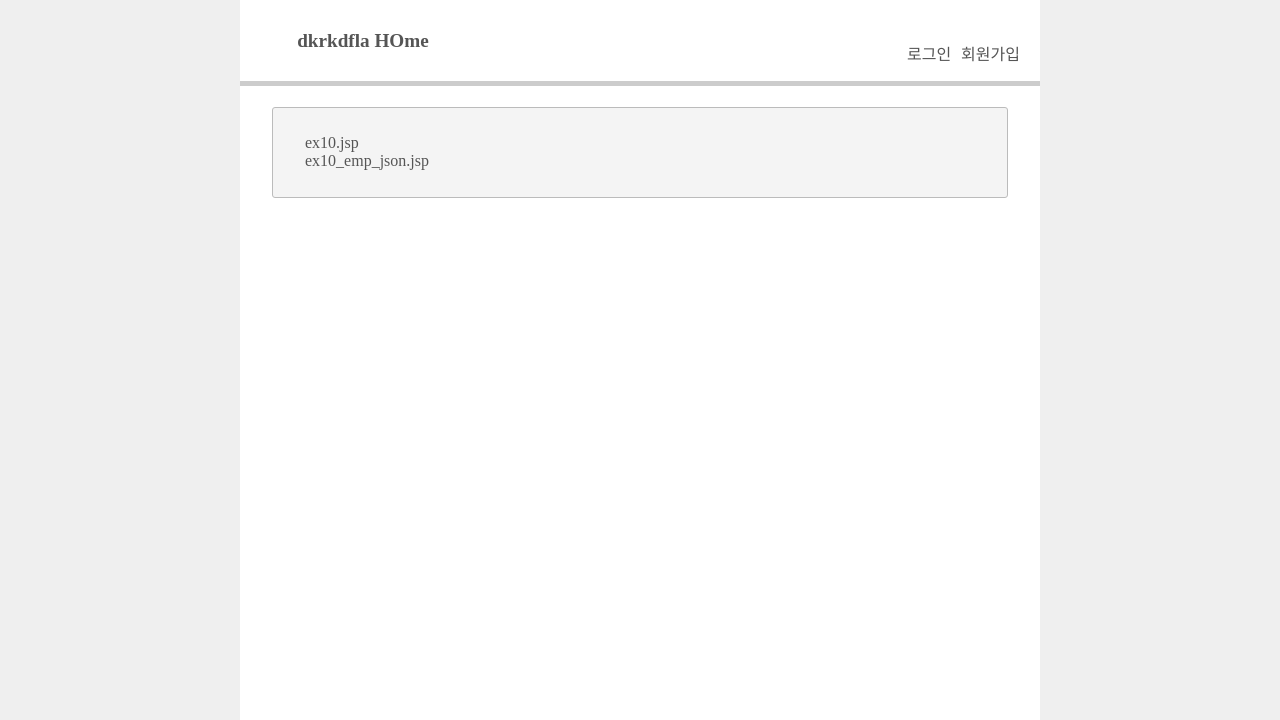
Repository: Dusajang/JSPClass
Page: http://localhost/jspPro/days09/ex10.jsp
The author's editor kept a copy of each file at every save. The page is drawn from the files as they stood at one save, then again after the next save.
The browser window is 1280 px wide. The pictures show the whole page.
Some web fonts or font styles are not loaded; a fallback is used. The page is served by Tomcat 9. Other server files are loaded and not shown.

Above is the page before, as saved 2024-10-25 07:29:17.

### jspPro/src/main/webapp/days09/ex10.jsp
<%@ page contentType="text/html; charset=UTF-8" pageEncoding="UTF-8"%>
<%@ page trimDirectiveWhitespaces="true" %>
<%@ taglib prefix="c" uri="http://java.sun.com/jsp/jstl/core" %>
<!DOCTYPE html>
<html>
<head>
<meta charset="UTF-8">
<title>Insert title here</title>
<link rel="shortcut icon" type="image/x-icon" href="http://localhost/jspPro/images/SiSt.ico">
<script src="https://ajax.googleapis.com/ajax/libs/jquery/3.7.1/jquery.min.js"></script>
<meta name="viewport" content="width=device-width, initial-scale=1.0">
<meta name="google" content="notranslate">
<link rel="stylesheet" href="http://localhost/jspPro/resources/cdn-main/example.css">
<script src="http://localhost/jspPro/resources/cdn-main/example.js"></script>
<style>
 span.material-symbols-outlined{
    vertical-align: text-bottom;
 }
</style>
</head>
<body>
<header>
  <h1 class="main"><a href="#" style="position: absolute;top:30px;">dkrkdfla HOme</a></h1>
  <ul>
    <li><a href="#">로그인</a></li>
    <li><a href="#">회원가입</a></li>
  </ul>
</header>
<div>
  <xmp class="code">
    ex10.jsp
    ex10_emp_json.jsp
  </xmp>
</div>
</body>
</html>

### jspPro/src/main/webapp/resources/cdn-main/example.css
@charset "UTF-8";

@import url('https://fonts.googleapis.com/css2?family=Material+Symbols+Outlined:opsz,wght,FILL,GRAD@20..48,100..700,0..1,-50..200');

@font-face {
    font-family: 'GmarketSansMedium';
    src: url('https://cdn.jsdelivr.net/gh/projectnoonnu/noonfonts_2001@1.1/GmarketSansMedium.woff') format('woff');
    font-weight: normal;
    font-style: normal;
}

:root {
	--text-color: #555;
	--sub-text-color: #777;
	--back-color: #EFEFEF;
	--header-color: #444;
	--primary-color: #DEDEDE;
	--secondary-color: #EFEFEF;
	--default-width: 800px;
	--narrow-width: 500px;
	--wide-width: 1200px;
	--text-font: 'GmarketSansMedium';
	--icon-font: 'Material Symbols Outlined';
	--border-color: #CCC;
}

html, body {
	margin: 0;
	padding: 0;
}

html {
	background-color: var(--back-color);
	display: flex;
	justify-content: center;
	min-height: 100vh;
}

body, body.default {
	width: var(--default-width);
	background-color: white;
	padding-bottom: 120px;
}

body.wide {
	width: var(--wide-width);
}

body.narrow {
	width: var(--narrow-width);
}



body, p, div, span, a, input, select, option, textarea, button, table, th, td, label, fieldset, legend {
	font-family: var(--text-font);
	color: var(--text-color);
}

h1, h2, h3 {
	font-family: var(--text-font);
	color: var(--header-color);
	padding: 0 1rem;
	padding-top: .5rem;
}

div > h1, div > h2, div > h3 {
	padding: 0;
}

body > div, body > main > div {
	padding: 0.3rem 1rem;
}


h1 { font-size: 2rem; border-bottom: 1px solid var(--border-color); }
h1 small { font-size: 1.2rem; color: var(--sub-text-color); }
h2 { font-size: 1.5rem; border-bottom: 1px dashed var(--border-color); }
h2 small { font-size: 1.1rem; color: --sub-text-color; }
h3 { font-size: 1.2rem; }
h3 small { font-size: 1rem; color: --sub-text-color; }



h1.main::before {
	font-family: var(--icon-font);
  	content: '\e666';
  	margin-right: 10px;
  	float: left;
	font-size: 2.5rem;
}

h1.sub::before {
	font-family: var(--icon-font);
  	content: '\ea19';
  	margin-right: 10px;
  	float: left;
	font-size: 2.5rem;
}


h1.page::before {
	font-family: var(--icon-font);
  	content: '\e0e0';
  	margin-right: 10px;
  	float: left;
	font-size: 2.5rem;
}

body > header > ul > li > .active{
	background-color: #FFF;
	color:#F00;
}

body > header {
	display: flex;
	justify-content: space-between;
	border-bottom: 5px solid var(--border-color);
	min-height: 74px;
	background-color: #FFF;
}

body > header.sticky {
	position: sticky;
	top: 0;
	z-index: 98;
}

body > header > h1 {
	font-size: 1.2rem;
	border: 0;
}

body > header.in > h1::before {
	font-family: var(--icon-font);
  	content: '\e332‥';
  	margin-right: 3px;
  	float: left;
	font-size: 2rem;
}


body > header > ul {
	list-style-type: none;
	display: flex;
	align-items: flex-end;
	margin-right: 10px;
}

body > header > ul > li {
	margin-right: 10px;
	cursor: pointer;
}

body > header > ul > li > a {
	cursor: pointer;
}


form {
	display: block;
}

form > div {
	padding: 0.3rem 1rem;
}

div > form > div {
	padding: 0.3rem 0;
}

input, textarea, button, select {
	border: 1px solid #BBB;
	border-radius: 3px;
	outline: none;
	resize: none;
	padding: 7px;
	margin: 0;
}

input[type=text]:read-only, textarea:read-only {
	cursor: not-allowed;
	background-color: #FFF;
}

input[type=text]:disabled, textarea:disabled {
	cursor: not-allowed;
	background-color: #EEE;
}

input[type=text], input[type=password], textarea, button, select {
	/* width: 300px; */
}

textarea {
	display: block;
	height: 100px;
}

input[type=button], input[type=submit], button {
	/* width: inherit; */
}

input.short, textarea.short, button.short, select.short {
	width: 100px;
}

input.long, textarea.long, button.long, select.long {
	width: 350px;
}

.narrow input.long, .narrow textarea.long, .narrow button.long, .narrow select.long {
	width: calc(100% - 20px);
}

input.full, textarea.full, button.full, select.full {
	width: calc(100% - 20px);
}

textarea.short {
	height: 50px;
}

textarea.long {
	height: 100px;
}

textarea.full {
	height: 200px;
}

input, textarea {
	padding-top: 8px;
}

input[type=button], input[type=submit], button {
	padding: 5px 10px;
	background-color: var(--secondary-color);
	cursor: pointer;
	min-height: 36px;
}

input[type=button].primary, input[type=submit].primary, button.primary {
	/* background-color: rgba(100, 149, 237, .2); */
	background-color: var(--primary-color);
}

input[type=button].primary:hover, input[type=submit].primary:hover, button.primary:hover {
	/* background-color: rgba(100, 149, 237, .3); */
	background-color: var(--secondary-color);
}

input[type=button]:hover, input[type=submit]:hover, button:hover {
	background-color: var(--primary-color);
}

button {
	position: relative;
	left: 0;
	top: 0;
	padding-left: 35px;
}

button .material-symbols-outlined {
	position: absolute;
	left: 10px;
	top: 4px;
}

/* k2nik add */
button.login::before {
	font-family: var(--icon-font);
  	content: '\ea77';
	position: absolute;
	left: 11px;
	top: 4px;
	font-size: 1.25rem;
}

/* k2nik logout */
button.logout::before {
	font-family: var(--icon-font);
  	content: '\e9ba';
	position: absolute;
	left: 11px;
	top: 4px;
	font-size: 1.25rem;
}

/* k2nik help */
button.help::before {
	font-family: var(--icon-font);
  	content: '\f1c0';
	position: absolute;
	left: 11px;
	top: 4px;
	font-size: 1.25rem;
}

button.add::before{
	font-family: var(--icon-font);
  	content: '\e746';
	position: absolute;
	left: 11px;
	top: 4px;
	font-size: 1.25rem;
}

button.back::before {
	font-family: var(--icon-font);
  	content: '\e166';
	position: absolute;
	left: 11px;
	top: 4px;
	font-size: 1.25rem;
}

button.list::before {
	font-family: var(--icon-font);
  	content: '\e0ee';
	position: absolute;
	left: 11px;
	top: 4px;
	font-size: 1.25rem;
}


button.del::before {
	font-family: var(--icon-font);
  	content: '\e872';
	position: absolute;
	left: 11px;
	top: 4px;
	font-size: 1.25rem;
}


button.edit::before {
	font-family: var(--icon-font);
  	content: '\e745';
	position: absolute;
	left: 11px;
	top: 4px;
	font-size: 1.25rem;
}


button.login::before {
	font-family: var(--icon-font);
  	content: '\ea77';
	position: absolute;
	left: 11px;
	top: 4px;
	font-size: 1.25rem;
}


button.logout::before {
	font-family: var(--icon-font);
  	content: '\e9ba';
	position: absolute;
	left: 11px;
	top: 4px;
	font-size: 1.25rem;
}


button.in::before {
	font-family: var(--icon-font);
  	content: '\f71a';
	position: absolute;
	left: 11px;
	top: 4px;
	font-size: 1.25rem;
}


button.out::before {
	font-family: var(--icon-font);
  	content: '\f70e';
	position: absolute;
	left: 11px;
	top: 4px;
	font-size: 1.25rem;
}


button.reply::before {
	font-family: var(--icon-font);
  	content: '\e15e';
	position: absolute;
	left: 11px;
	top: 4px;
	font-size: 1.25rem;
}


button.comment::before {
	font-family: var(--icon-font);
  	content: '\e0b9';
	position: absolute;
	left: 11px;
	top: 4px;
	font-size: 1.25rem;
}


button.modal::before {
	font-family: var(--icon-font);
  	content: '\e89e';
	position: absolute;
	left: 11px;
	top: 4px;
	font-size: 1.25rem;
}


button.ok::before {
	font-family: var(--icon-font);
  	content: '\e86c';
	position: absolute;
	left: 11px;
	top: 4px;
	font-size: 1.25rem;
}


button.cancel::before {
	font-family: var(--icon-font);
  	content: '\e5c9';
	position: absolute;
	left: 11px;
	top: 4px;
	font-size: 1.25rem;
}

button.search::before {
	font-family: var(--icon-font);
  	content: '\e8b6';
	position: absolute;
	left: 11px;
	top: 4px;
	font-size: 1.25rem;
}

button.home::before {
	font-family: var(--icon-font);
  	content: '\e88a';
	position: absolute;
	left: 11px;
	top: 4px;
	font-size: 1.25rem;
}


button.sidebar::before {
	font-family: var(--icon-font);
  	content: '\f7e4';
	position: absolute;
	left: 11px;
	top: 4px;
	font-size: 1.25rem;
}


button.sidebar-right::before {
	font-family: var(--icon-font);
  	content: '\f7e5';
	position: absolute;
	left: 11px;
	top: 4px;
	font-size: 1.25rem;
}




button::before {
	font-family: var(--icon-font);
  	content: '\e323';
	position: absolute;
	left: 11px;
	top: 4px;
	font-size: 1.25rem;
}


table {
	border-collapse: collapse;
	margin: 1rem;
	box-sizing: border-box;
	width: calc(100% - 32px);
}

table.content {
	width: auto;
}

div > table {
	margin: 0;
}

table th, table td {
	border: 1px solid var(--border-color);
	padding: 7px;
	font-weight: normal;
}

table th {
	background-color: var(--back-color);
}

table.vertical th {
	width: 150px;
}

table.vertical td {
	width: calc(100% - 182px);
	padding-left: 10px;
}

table.content td, table.content th {
	width: auto;
}

body.narrow table.vertical th {
	width: 100px;
}

body.narrow table.vertical td {
	width: calc(100% - 182px);
}


table + table {
	margin-top: 30px;
}


p {
	padding: 0 1rem;
}

a {
	text-decoration: none;
}

a:hover {
	color: rgba(255, 99, 71, .7);
}

hr {
	border: 0;
	border-top: 1px solid var(--border-color);
	margin: 2rem 0;
}

.message {
	border: 1px solid var(--border-color);
	background-color: #EFEFEF;
	margin: 1rem;
	width: auto;
	padding-top: 10px;
	padding-bottom: 10px;
	font-size: 14px;
}

.message[title]::before {
	content: attr(title);
	display: block;
	border-bottom: 1px solid var(--border-color);
	padding-bottom: 5px;
	margin-bottom: 10px;
	margin-top: 7px;
}

.message.short {
	max-width: 250px;
}

.message.long {
	max-width: 500px;
}

.badge {
	float: right;
	font-size: .8rem;
	margin-top: 2px;
	margin-right: 2px;
	text-shadow: 0 0 7px gray;
}

.badge.left {
	float: none;
	margin-left: 2px;
}

.badge.right {
	float: right;
}

.badge.red {
	border-radius: 50%;
	padding: 2px 5px;
	background-color: rgb(255, 99, 71, .3);
}

.badge.yellow {

	border-radius: 50%;
	padding: 2px 5px;
	background-color: rgb(255, 215, 0, .5);
}

.badge.blue {
	border-radius: 50%;
	padding: 2px 5px;
	background-color: rgb(100, 149, 237, .3);
}

label + label {
	margin-left: 7px;
}

label input[type=checkbox], label input[type=radio] {
	transform: translate(0, 1px);
}

.group {
	display: flex;
}

.modal-content .group {
	margin-bottom: .5rem;
}

.group label {
	border: 1px solid #BBB;
	border-radius: 3px;
	outline: none;
	resize: none;
	padding: 7px 14px;
	margin: 0;
	border-top-right-radius: 0;
	border-bottom-right-radius: 0;
	background-color: #EFEFEF;
	white-space: nowrap;
	font-size: 14px;
}

.group input[type=text] {
	margin-left: -1px;
	border-top-left-radius: 0;
	border-bottom-left-radius: 0;
}

.group select {
	margin-left: -1px;
	border-top-left-radius: 0;
	border-bottom-left-radius: 0;
}

.group input.full[type=text] {
	margin-left: -1px;
	border-top-left-radius: 0;
	border-bottom-left-radius: 0;
	width: 100%;
}

.group input[type=button]:first-child, .group button:first-child {
	border-top-left-radius: 3px;
	border-bottom-left-radius: 3px;
	margin-left: 0px;
}

.group input[type=button], .group button {
	border-radius: 0;
	margin-left: -1px;
}

.group input[type=button]:last-child, .group button:last-child {
	margin-left: -1px;
	border-top-right-radius: 3px;
	border-bottom-right-radius: 3px;
}

.seperate {
	display: flex;
	justify-content: space-between;
}

div.list {
	width: max-content;
	margin: 1rem;
	border: 1px solid #BBB;
	border-radius: 3px;
	padding: 0;
}

div.list.full {
	width: auto;
	display: block;
	margin: 1rem;
	border: 1px solid #BBB;
	border-radius: 3px;
	padding: 0;
}

div.list > div {
	padding: .5rem 1rem;
	margin: 0;
	border-bottom: 1px solid #BBB;
}

div.list > div:last-child {
	border-bottom: 0;
}

pre.code , xmp.code{
	font-family: consols;
	background-color: rgba(150, 150, 150, .1);
	border: 1px solid #BBB;
	border-radius: 3px;
	padding: .5rem 1rem;
	padding-bottom: .6rem;
	margin: 1rem;
}




*[data-modal-window] {
	position: fixed;
	background-color: rgba(0, 0, 0, .3);
	left: 0;
	top: 0;
	display: none;
	justify-content: center;
	align-items: flex-start;
	width: 100%;
	min-height: 100vh;
	z-index: 100;
	opacity: 0;
	transition: 500ms all;
}

*[data-modal-window] .modal-container {
	border-radius: 5px;
	padding: 1rem;
	padding-bottom: .5rem;
	margin-top: -500px;
	opacity: 0;
	width: 500px;
	background-color: #FFF;
	margin-right: 2rem;
	transition: 500ms all;
}

*[data-modal-size=content] .modal-container {
	width: auto;
}

*[data-modal-size=narrow] .modal-container {
	width: 300px;
}

*[data-modal-size=wide] .modal-container {
	width: 760px;
}


*[data-modal-window] .modal-header {
	border-bottom: 1px solid var(--border-color);
	padding: 2px 5px;
}

*[data-modal-window] .modal-content {
	padding: 1rem 5px;
}

*[data-modal-window] .modal-content div:last-child {
	margin-top: 1rem;
	text-align: right;
}



*[data-sidebar-window] {
	position: fixed;
	background-color: #FFF;
	left: 0;
	top: 0;
	display: block;
	width: 300px;
	border-right: 1px solid var(--border-color);
	box-sizing: border-box;
	box-shadow: 0 0 3px var(--back-color);
	min-height: 100vh;
	z-index: 99;
	transform: translate(-300px, 0);
	transition-duration: 500ms;
	transition-property: transform;
}

*[data-sidebar-direction=right] {
	left: auto;
	right: 0;
	transform: translate(300px, 0);
	border-left: 1px solid var(--border-color);
}

*[data-sidebar-size=wide] {
	width: 500px;
	transform: translate(-500px, 0);
}

*[data-sidebar-window] .sidebar-title {
	border-bottom: 1px solid var(--border-color);
	margin-top: 20px;
	margin-bottom: 20px;
	padding-bottom: 5px;
	display: flex;
	justify-content: space-between;
}

*[data-sidebar-window] .sidebar-title span:last-child {
	cursor: pointer;
}


/* K2Nik pagination */
.center {
  text-align: center;
}

.pagination {
  display: inline-block;
}

.pagination a {
  color: black;
  float: left;
  padding: 3px 6px;
  text-decoration: none;
  transition: background-color .3s;
  border: 1px solid #ddd;
  margin: 0 3px;
}

.pagination a.active {
  background-color: #4CAF50;
  color: white;
  border: 1px solid #4CAF50;
}

.pagination a:hover:not(.active) {background-color: #ddd;}

### jspPro/src/main/webapp/resources/cdn-main/example.js

window.onload = () => {

    const list = document.querySelectorAll('input, textarea');

    list.forEach(item => {
        item.setAttribute('autocomplete', 'off');
    });


    const modal_btn_list = document.querySelectorAll('*[data-modal-button]');

    modal_btn_list.forEach(item => {
        item.onclick = function() {

            const name = this.dataset['modalButton'];
            const modal_window = document.querySelector('*[data-modal-window=' + name);

            const container = document.createElement('div');
            container.className = 'modal-container';



            const modal_header = document.createElement('div');
            modal_header.textContent = modal_window.dataset['modalTitle'];
            modal_header.className = 'modal-header';
            container.appendChild(modal_header);

            const modal_content = document.createElement('div');
            modal_content.className = 'modal-content';
            container.appendChild(modal_content);

            Array.from(modal_window.childNodes).forEach(item => {
                modal_content.appendChild(item);
            });

            modal_window.appendChild(container);

            modal_window.style.display = 'flex';

            setTimeout(() => {
                modal_window.style.opacity = 1;
                container.style.marginTop = '20px';
                container.style.opacity = 1;
            }, 50);


            const modal_ok = document.querySelector('*[data-modal-ok=' + name);
            modal_ok.addEventListener('click', function() {
                modal_window.style.opacity = 0;
                container.style.marginTop = '-500px';
                container.style.opacity = 0;

                setTimeout(() => {
                    modal_window.innerHTML = modal_content.innerHTML;
                    modal_window.style.display = 'none';
                }, 500);

            });

            const modal_cancel = document.querySelector('*[data-modal-cancel=' + name);
            modal_cancel.addEventListener('click', function() {

                modal_window.style.opacity = 0;
                container.style.marginTop = '-500px';
                container.style.opacity = 0;

                setTimeout(() => {
                    modal_window.innerHTML = modal_content.innerHTML;
                    modal_window.style.display = 'none';
                }, 500);
            });


        };
    });


    const sidebar_btn_list = document.querySelectorAll('*[data-sidebar-button]');

    sidebar_btn_list.forEach(item => {
        item.onclick = function() {



            const name = this.dataset['sidebarButton'];
            const sidebar_window = document.querySelector('*[data-sidebar-window=' + name);

            if (sidebar_window.style.transform == 'translate(0px, 0px)') return;



            sidebar_window.style.transform = 'translate(0, 0)';

            const sidebar_title = document.createElement('div');
            sidebar_title.className = 'sidebar-title';
            sidebar_title.innerHTML = '<span>' + sidebar_window.dataset['sidebarTitle'] + '</span><span class="material-symbols-outlined">close</span>';

            sidebar_title.children[1].onclick = function() {

                let sign = 1;
                let distance = 300;

                if (sidebar_window.dataset['sidebarDirection'] != 'right') {
                    sign = -1;
                } else {
                    sign = 1;
                }

                if (sidebar_window.dataset['sidebarSize'] != 'wide') {
                    distance = 300;
                } else {
                    distance = 500;
                }

                distance *= sign;

                sidebar_window.style.transform = 'translate(' + distance + 'px, 0)';

                setTimeout(function() {
                    sidebar_window.removeChild(sidebar_window.children[0]);
                }, 500);
            };


            sidebar_window.prepend(sidebar_title);

        }
    });

};

// window.onkeydown = function(event) {

//     if (event.keyCode == 27) {
//         if (document.querySelector('[data-modal-window').style.display == 'flex') {
//             document.querySelector('[data-modal-window').style.display = 'none';
//         }
//     }

// };

After the next save:
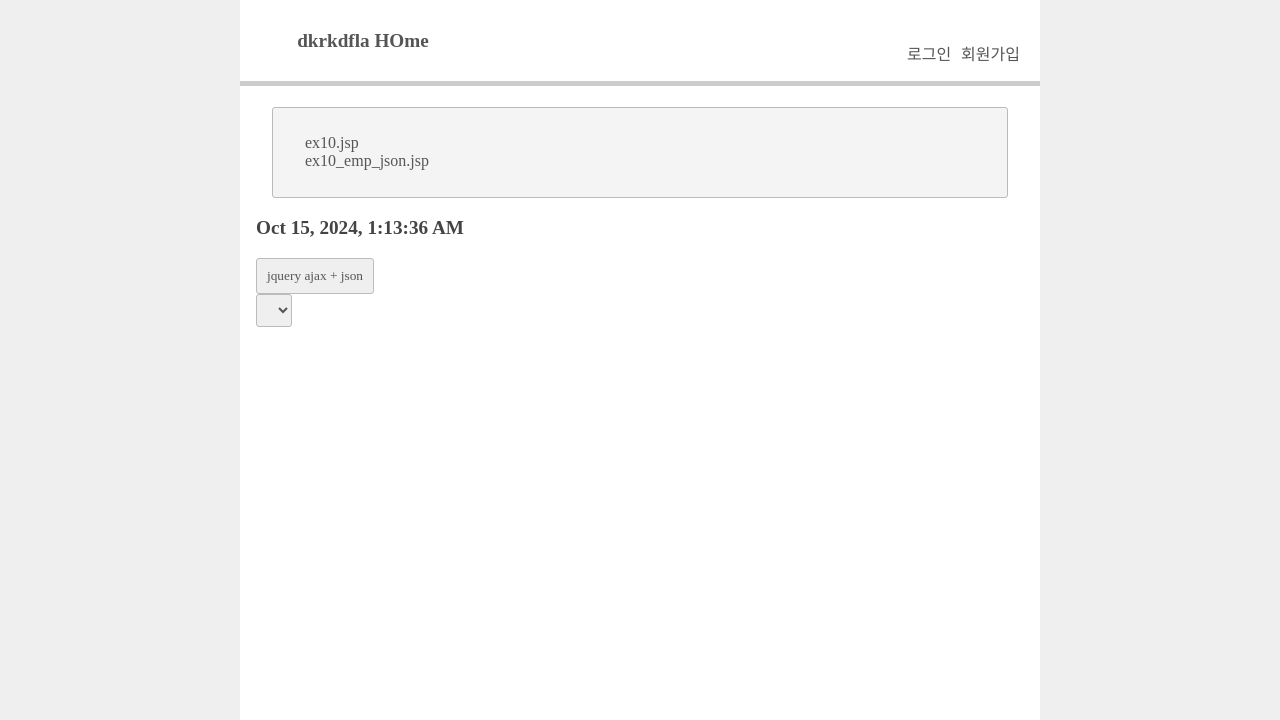
Saved 2 min 28 s later.
--- a/jspPro/src/main/webapp/days09/ex10.jsp
+++ b/jspPro/src/main/webapp/days09/ex10.jsp
@@ -1,3 +1,4 @@
+<%@page import="java.util.Date"%>
 <%@ page contentType="text/html; charset=UTF-8" pageEncoding="UTF-8"%>
 <%@ page trimDirectiveWhitespaces="true" %>
 <%@ taglib prefix="c" uri="http://java.sun.com/jsp/jstl/core" %>
@@ -31,6 +32,14 @@
     ex10.jsp
     ex10_emp_json.jsp
   </xmp>
+
+  <h3><%= new Date().toLocaleString() %></h3>
+
+  <input type="button" id="btn1" value="jquery ajax + json">
+  <br>
+  <select id="cmbDept"></select>
+  <p id="demo"></p>
+
 </div>
 </body>
 </html>
